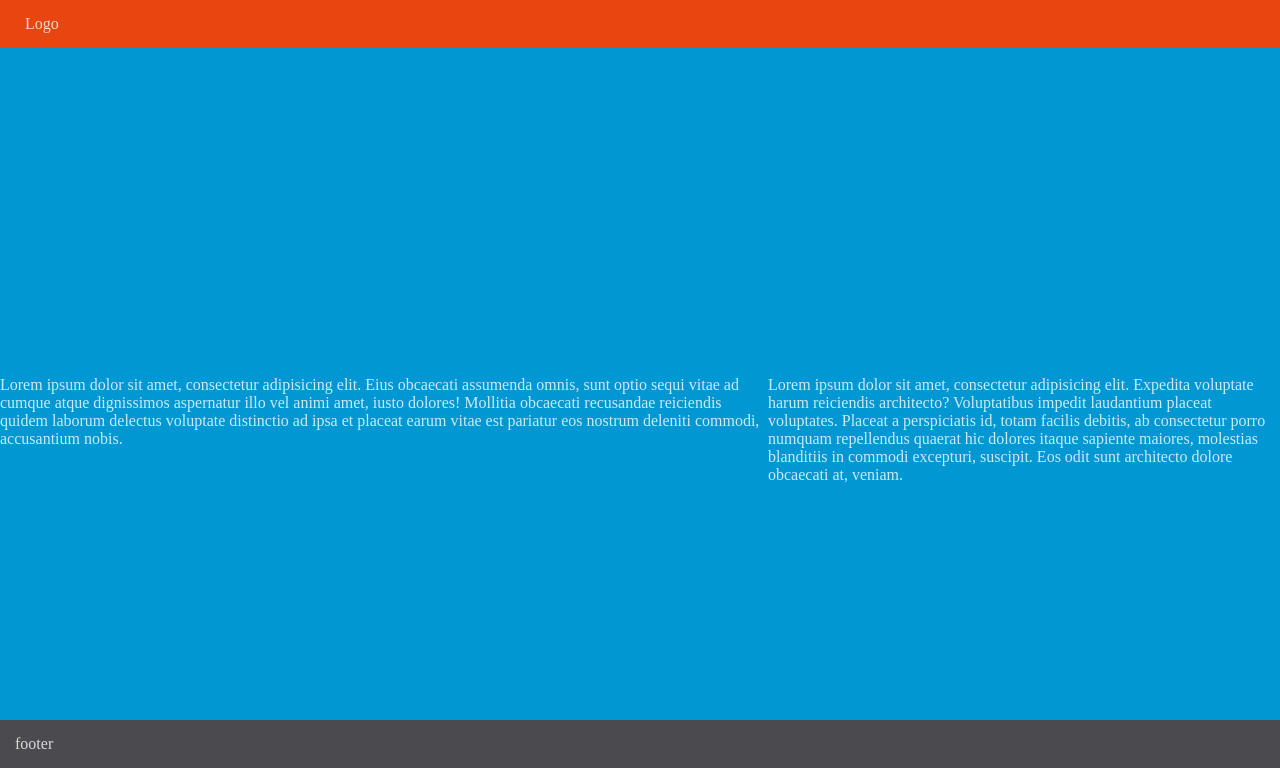
Repository: Matt-F90/mini-project
Page: index.html
The author's editor kept a record of every edit. The page is drawn from the files as they stood at one moment, then again after the next edit.
The browser window is 1280 px wide. The pictures show the whole page.

Above is the page before.

### index.html
<!DOCTYPE html>
<html lang="en">
<head>
    <meta charset="UTF-8">
    <meta name="viewport" content="width=device-width, initial-scale=1.0">
    <meta http-equiv="X-UA-Compatible" content="ie=edge">
    <link rel="stylesheet" type="text/css" href="main.css">
    <title>Document</title>
</head>
<body>
    <main class="main">
        <header class="header">
            <div class="logo">Logo</div>
        </header>


        <section class="section">
          <div class="vcentre">
              <article class="article column column-60">
              <p class="section-paragraph">
                  Lorem ipsum dolor sit amet, consectetur adipisicing elit. Eius obcaecati assumenda omnis, sunt optio sequi vitae ad cumque atque dignissimos aspernatur illo vel animi amet, iusto dolores! Mollitia obcaecati recusandae reiciendis quidem laborum delectus voluptate distinctio ad ipsa et placeat earum vitae est pariatur eos nostrum deleniti commodi, accusantium nobis.
              </p>
          </article>
          <aside class="aside column column-40">
              <p class="section-paragraph">
                  Lorem ipsum dolor sit amet, consectetur adipisicing elit. Expedita voluptate harum reiciendis architecto? Voluptatibus impedit laudantium placeat voluptates. Placeat a perspiciatis id, totam facilis debitis, ab consectetur porro numquam repellendus quaerat hic dolores itaque sapiente maiores, molestias blanditiis in commodi excepturi, suscipit. Eos odit sunt architecto dolore obcaecati at, veniam.
              </p>
          </aside>
          </div>
        </section>

        <footer class="footer">
            footer
        </footer>
          </main>
</body>
</html>

### main.css
body, html {
    height:100%;
    margin: 0px;
    color: rgba(255, 255, 255, .8)
}

.header {
    position: fixed;
    top: 0;
    left: 0;
    right: 0;
    background-color: #e84610;
    padding: 15px 25px;
}

.main {
    height:100%;
}

.section {
    background-color: #0097d3;
    height: 100%;
}
.vcentre {
    position: relative;
    top: 50%;
    transform: translateY(-50%);
}

.section-paragaph {
    font-size: 1em;
    margin: 25px;
}

.footer {
    background-color: #4a4a4f;
    padding: 15px
}


@media (min-width: 768px) {
    .column {
    float: left
    }
    .column-60 {
        width: 60%;
    }
    .column-40 {
        width: 40%;
    }
}

After the next edit:
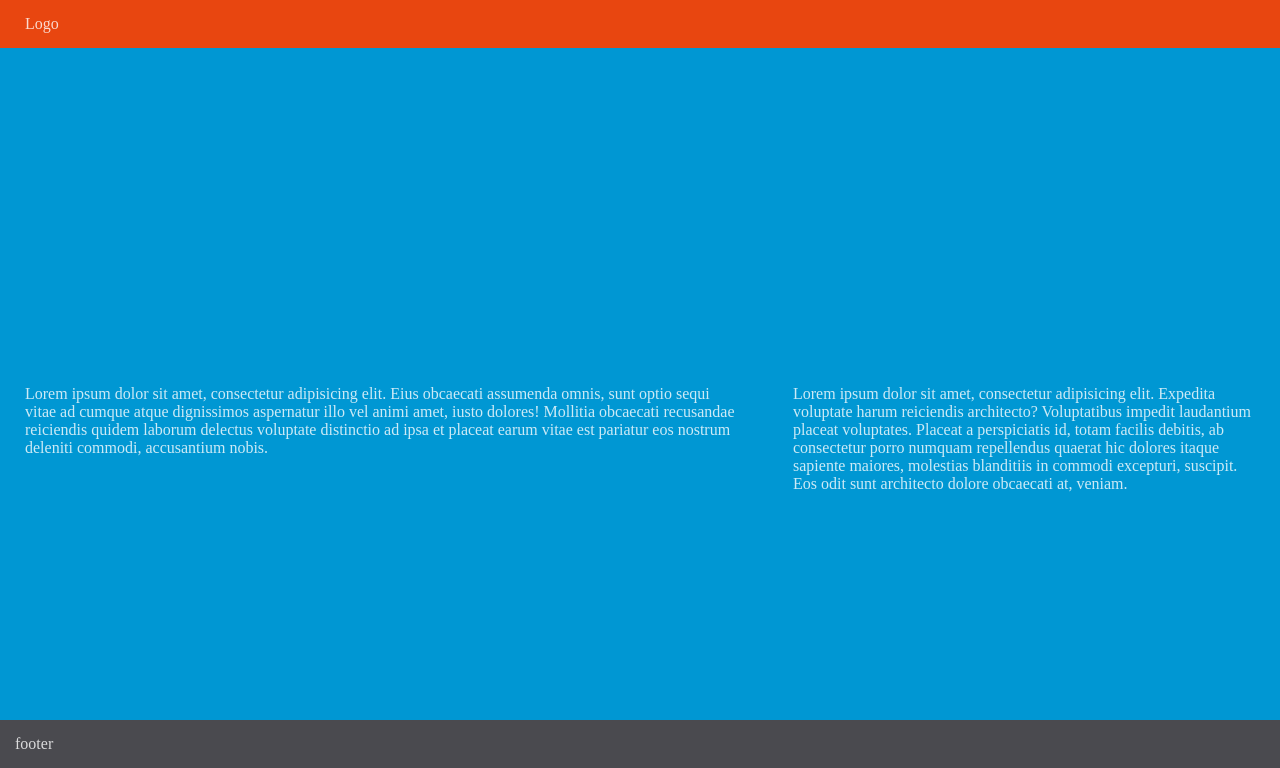
The edit:
--- a/main.css
+++ b/main.css
@@ -27,7 +27,7 @@
     transform: translateY(-50%);
 }
 
-.section-paragaph {
+.section-paragraph {
     font-size: 1em;
     margin: 25px;
 }
